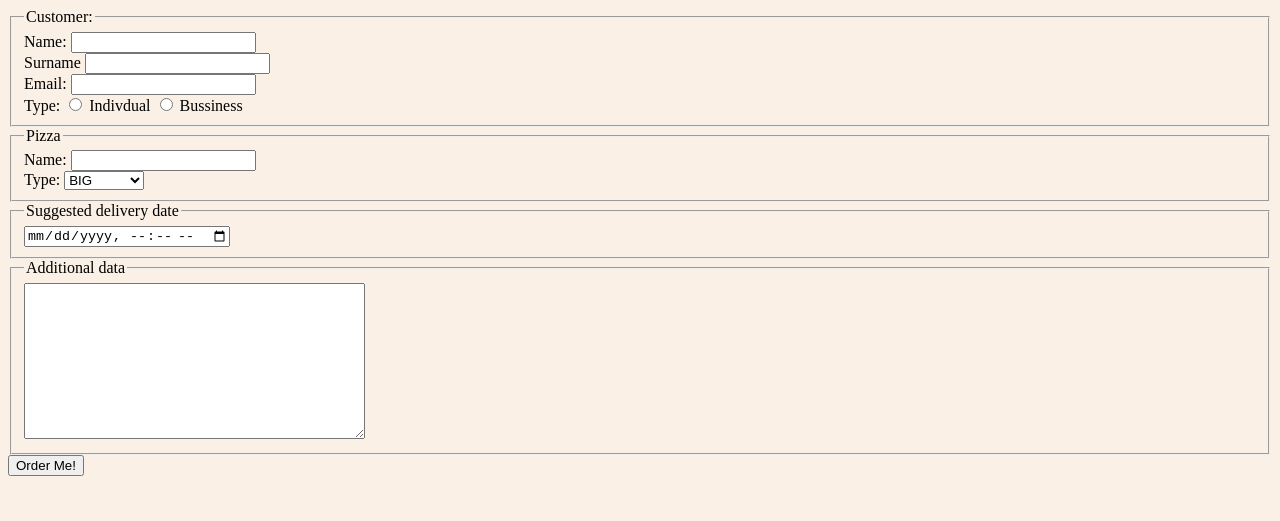
Repository: wisni4k/html-trainee
Page: testWeb/WebContent/Formularz.html
The author's editor kept a copy of each file at every save. The page is drawn from the files as they stood at one save, then again after the next save.
The browser window is 1280 px wide. The pictures show the whole page.

Above is the page before, as saved 2015-07-10 12:42:01.

### testWeb/WebContent/Formularz.html
<!DOCTYPE html>
<html>
<head>
<meta charset="UTF-8">
<title>Insert title here</title>
<link rel="stylesheet" type="text/css" href="FromularzStyle.css">
</head>
<body>
	<form>
		<fieldset>
			<legend>Customer:</legend>
			Name: <input name ="name" type="text"><br> Surname <input type="text"><br>
			Email: <input name ="email" type="text"><br>
			Type: <input type="radio" name="group1" value="Indivdual"> Indivdual
					<input type="radio" name="group1" value="Bussiness"> Bussiness
		</fieldset>

		<fieldset>
			<legend>Pizza</legend>
			Name: <input name="pizzaName" type="text"><br>
			 Type: <select name="decision">
				<option selected>BIG
				<option>SMALL
				<option>NORMAL
				<option>LARGE
			</select>
		</fieldset>
		<fieldset>
			<legend>Suggested delivery date</legend>
			<form>
				<input type="datetime-local" value="yyyy-mm-dd" />
			</form>
		</fieldset>
		<fieldset>
			<legend>Additional data</legend>
			<textarea name="nazwa" cols="40" rows="10">

			</textarea>
		</fieldset>
	</form>
		<form action="OrdersList.html">
		<input type="submit" value="Order Me!">
	</form>
</body>
</html>

### testWeb/WebContent/FromularzStyle.css
@CHARSET "UTF-8";

body {
    background-color: linen;
}

.button {

    display: block;
    height: 20px;
    width: 20px;
    background: #0bdf00;
    border: 2px solid rgba(33, 68, 72, 0.59);
}

After the next save:
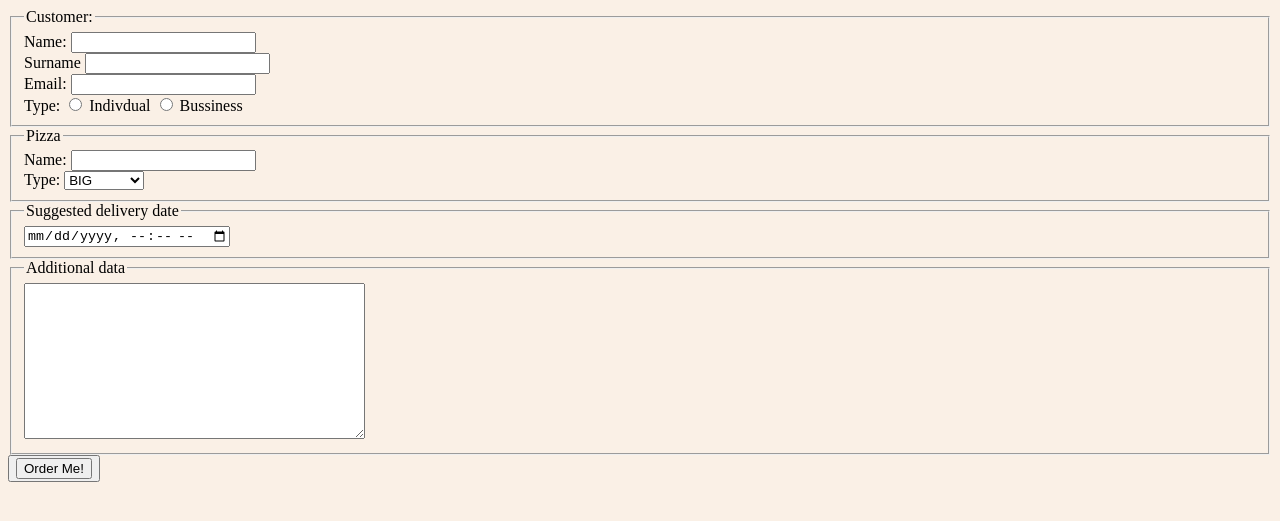
Saved 38 s later.
--- a/testWeb/WebContent/Formularz.html
+++ b/testWeb/WebContent/Formularz.html
@@ -39,7 +39,7 @@
 		</fieldset>
 	</form>
 		<form action="OrdersList.html">
-		<input type="submit" value="Order Me!">
+		<button><input type="submit" value="Order Me!"></button>
 	</form>
 </body>
 </html>

After the save that followed:
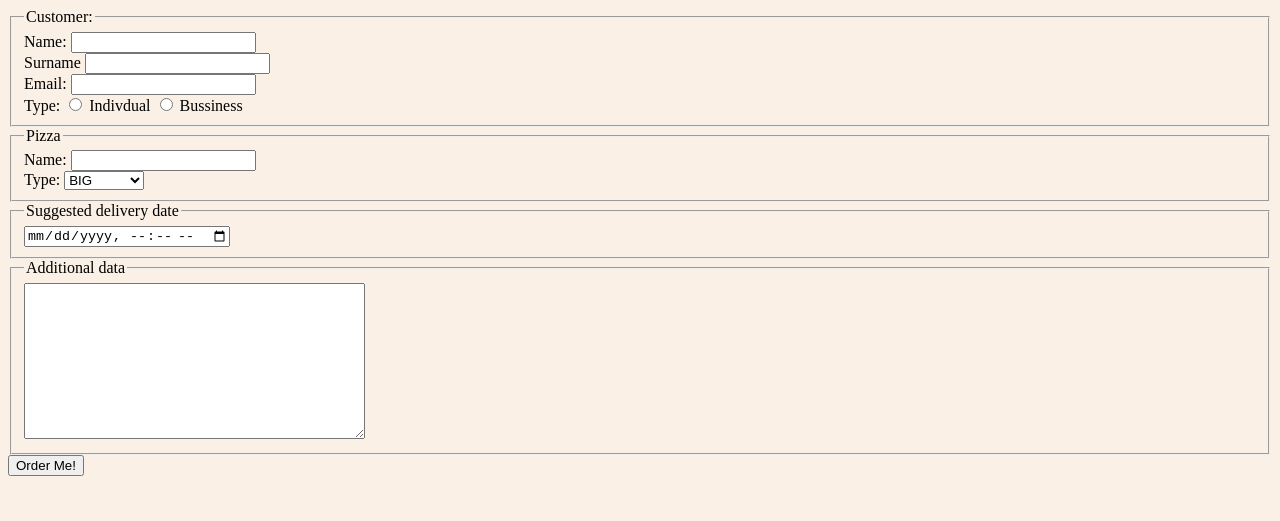
Saved 80 s later.
--- a/testWeb/WebContent/Formularz.html
+++ b/testWeb/WebContent/Formularz.html
@@ -39,7 +39,7 @@
 		</fieldset>
 	</form>
 		<form action="OrdersList.html">
-		<button><input type="submit" value="Order Me!"></button>
+		<button type="submit" onclick="Formularz.html">Order Me!</button>
 	</form>
 </body>
 </html>
